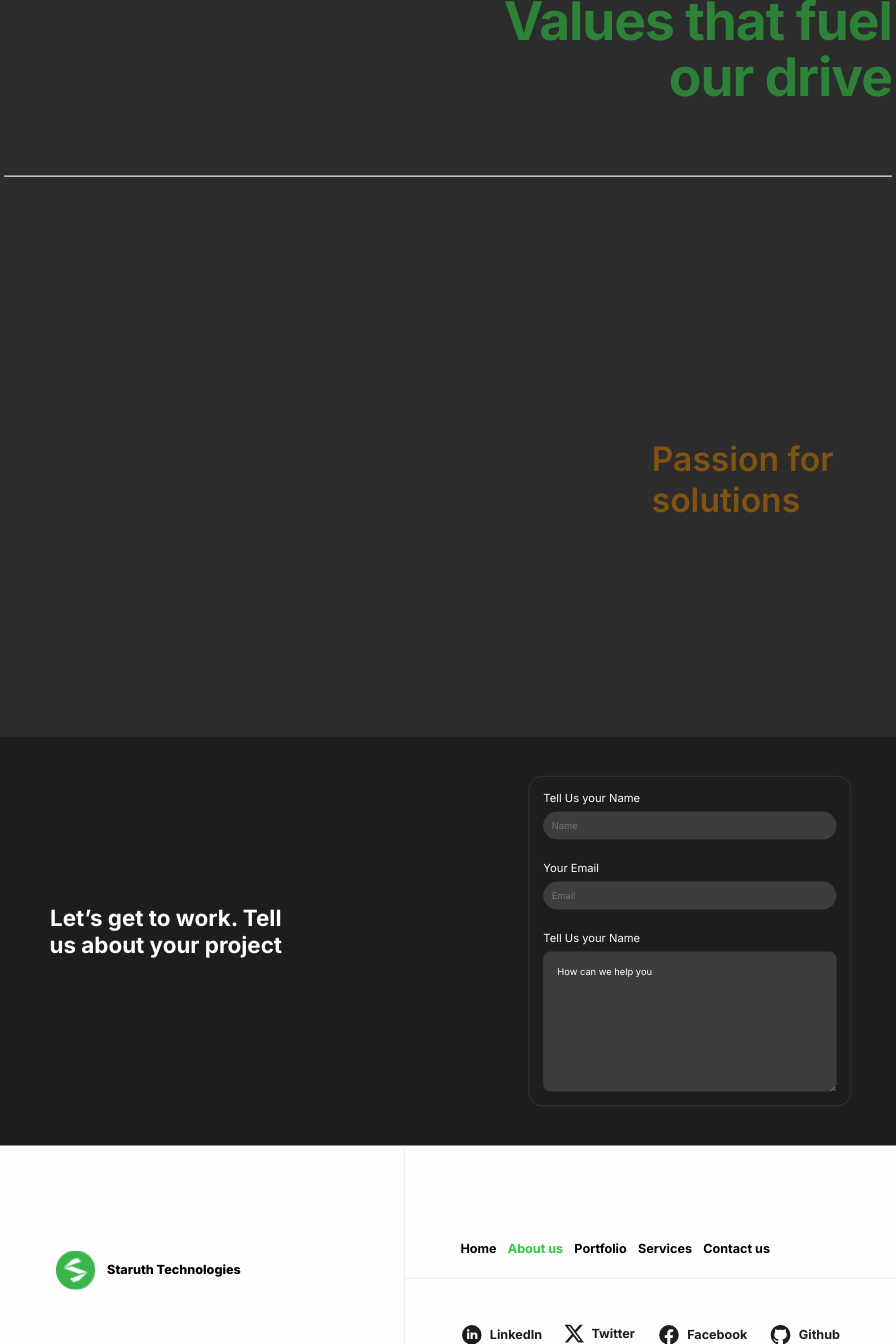
Repository: staruth0/staruth-website
Page: /about (app in frontend/)
These files come from the project's save history. The page is drawn as it stood at one moment and after the next save; the edit follows.
The browser window is 1280 px wide. The pictures show the part of the page from y = 2359 to 4279 px (the page is 4367 px tall before and 4331 px after), at 70% of full size.
The project was rebuilt for these pictures with package versions that can differ from the ones it lists, and the page was loaded fresh each time. Also part of the build but not shown: frontend/vite.config.js, frontend/src/commons/button.css, frontend/src/commons/Button.jsx, frontend/src/pages/home/components/hero_section/hero.jsx, frontend/src/pages/home/components/about_section/about.jsx, frontend/src/pages/home/components/what_we_do/HomeServiceCard.jsx, frontend/src/pages/home/components/what_we_do/what.jsx, frontend/src/pages/home/components/slidable_section/slidable.css and 25 more.

Above is the page before, as saved 2024-09-23 14:59:57.

### frontend/src/App.jsx
import {
  createBrowserRouter,
  createRoutesFromElements,
  Route,
  RouterProvider,
} from 'react-router-dom';

//Pages
import HomePage from './pages/home';
import AboutPage from './pages/about';
import ServicesPage from './pages/services';
import ContactPage from './pages/contact_us/contact';
import TeamPage from './pages/teamOnClick';
import PortfolioPage from './pages/portfolio';

//Stylesheet
import './App.css';
import RootLayout from './layout/RootLayout';

function App() {
  const router = createBrowserRouter(
    createRoutesFromElements(
      <>
        <Route path="/" element={<RootLayout />}>
          <Route te index element={<HomePage />} />
          <Route path="about" element={<AboutPage />} />
          <Route path="about/team/:id" element={<TeamPage />} />
          <Route path="contact" element={<ContactPage />} />
          <Route path="portfolio" element={<PortfolioPage />} />
          <Route path="services" element={<ServicesPage />} />
        </Route>
      </>
    )
  );

  return (
    <div className="main-body">
      <RouterProvider router={router} />
    </div>
  );
}

export default App;

### frontend/src/pages/about/index.jsx
import React from 'react';
import AboutHeroComponent from './components/hero_section/hero';
import MeetTeamComponent from './components/meet_team/meet_team';
import AboutSlidableSection from './components/slidable_section/slidable';
import './about.css';

const AboutPage = () => {
  return (
    <div className="about-page">
      <AboutHeroComponent />
      <MeetTeamComponent />
      <AboutSlidableSection />
    </div>
  );
};

export default AboutPage;

### frontend/src/App.css
@import url('https://fonts.googleapis.com/css2?family=Inter:ital,opsz,wght@0,14..32,100..900;1,14..32,100..900&display=swap');

:root {
  --primary-orange: #fbb03b;
  --on-orange: #80530e;
  --orange-light: #f5c477;
  --primary-green: #26ce3d;
  --sf-green: #2c8338;
  --sf-green-light: #24c23a;
  --green-fade: #c3fbcb;
  --primary-white: #fefefe;
  --on-white: #f4f4f4;
  --strokecolor-white: #e7e7e7;
  --on-white-light: #fdfdfd;
  --white-fade: #ececec;
  --primary-black: #1d1d1d;
  --on-black: #232323;
  --strokecolor-black: #3d3d3d;
  --black-fade: #7e7e7e;
  --sf-on-pm-black: #2c2c2c;
  --feedback-red: #f54a4a;

  --font-family: 'Inter', sans-serif;

  --border-radius-16: 16px;
  --border-radius-24: 24px;
  --border-radius-30: 30px;
  --border-radius-32: 32px;
  --border-radius-40: 40px;
}

* {
  scroll-behavior: smooth;
  box-sizing: border-box;
  font-family: var(--font-family);
  transition: 0.3s ease-in-out;
  text-decoration: none;
  list-style: none;
}

body,
html {
  padding: 0;
  margin: 0;
  background-color: var(--primary-black);
}

::-webkit-scrollbar {
  width: 8px;
  background-color: var(--strokecolor-black);
}

::-webkit-scrollbar-thumb {
  background-color: var(--strokecolor-white);
  border-radius: 5px;
}

.container {
  padding: 56px 5%;
  margin: 0 auto;
  max-width: 1440px;
}

.main-body {
  position: relative;
}

button {
  outline: transparent;
  cursor: pointer;
}

ul {
  padding: 0;
}

### frontend/src/layout/RootLayout.jsx
import FooterComponent from './footer/footer';
import NavbarComponent from './navbar/navbar';
import { Outlet } from 'react-router-dom';
import ScrollToTop from './scrollToTop';
import { useState } from 'react';
import Contact from './contact';

const RootLayout = () => {
  const [whiteNavbar, setNavbarWhite] = useState(false);
  return (
    <>
      <ScrollToTop />
      <NavbarComponent whiteNavbar={whiteNavbar} />
      <Outlet />
      <Contact />
      <FooterComponent />
    </>
  );
};

export default RootLayout;

### frontend/src/pages/about/components/hero_section/hero.jsx
import React from "react";
import "./hero.css";

const AboutHeroComponent = () => {
  return (
    <div className="about-hero-section">
      <div className="about-hero-section-contentOne">
        <h1>
          At Staruth, we join forces with start-ups, <br /> brands, businesses
          and founders to build <br /> tech products and systems that help them{" "}
          <br /> break out in the digital space
        </h1>
      </div>
      <div className="about-hero-section-contentTwo">
        <div>
        <h1>Our Vision</h1>
        <p>
          Lorem ipsum dolor sit amet consectetur. Quis orci ses neque rhoncus.
          Integer commodo Lorem ipsum dolor sit amet consepsum dolor sit amet
          consectetur. Quis orci sed fesi egestas neque rhoncus. Integer commodo
          Lorem ipsum dolor sit amet consectetur.
        </p>
        </div>
      </div>
      <div className="about-hero-section-contentThree">
        <h1>
          From strategic design to web and mobile apps and all things software,
          we can help you
        </h1>
      </div>
    </div>
  );
};

export default AboutHeroComponent;

### frontend/src/pages/about/components/meet_team/meet_team.jsx
import React from "react";
import "./meet_team.css";
import ProfileCard from "./profile_card/pf_card";

const MeetTeamComponent = () => {
  return (
    <div className="about-meet-team-section">
      <div className="about-meet-team-section-content">
        <div className="about-meet-team-section-content-heading">
          <h1>Meet the Team</h1>
        </div>
        <div className="about-meet-team-section-content-description">
          <p>
            We are a team of creative and dedicated young people passionate
            about seeing things work in our hands. We each share a devotion to
            helping budding businesses thrive with the application of modern
            soft tech
          </p>
        </div>
        <div className="about-meet-team-section-content-membersInfo">
          <ProfileCard/>

        </div>
      </div>
    </div>
  );
};

export default MeetTeamComponent;

### frontend/src/pages/about/components/slidable_section/slidable.jsx
import React from "react";
import "./slidable.css";

const AboutSlidableSection = () => {
  return (
    <div className="about-slidable-section">
      <div className="about-slidable-section-underlinedHeading">
        <p>
          Values that fuel <br /> our drive
        </p>
        <hr className="about-slidable-section-underline" />
      </div>
      <div className="about-slidable-section-ValueSlide">
        <div className="about-slidable-section-ValueCardSlide">
            <div className="about-slidable-section-ValueCardSlide1-ValueContent">
              <p>
                Passion for <br /> solutions
              </p>
            </div>
          </div>

        </div>
    </div>
  );
};

export default AboutSlidableSection;

### frontend/src/layout/contact/index.jsx
import './contact.css'


const Contact = () => {
  return (
    <div   className="container contact-form">
           <h1>Let’s get to work.
           Tell us about your project
           </h1>

           <form action="" className="form">
            <div>
                <label htmlFor="name">Tell Us your Name</label>
                <input type="text" placeholder="Name" />
            </div>

            <div>
                <label htmlFor="email">Your Email</label>
                <input type="text" placeholder="Email" />
            </div>

            <div>
                <label htmlFor="name">Tell Us your Name</label>
                <textarea name="request" id="">How can we help you</textarea>
            </div>
           </form>
    </div>
  );
};

export default Contact;

### frontend/src/layout/navbar/navbar.jsx
import React, { useState, useEffect } from 'react';
import { Link, useLocation } from 'react-router-dom';
import logo from '../../assets/icons/logoPNG 1.svg';
import './navbar.css';

const NavbarComponent = ({ whiteNavbar }) => {
  const currentUrl = useLocation();

  return (
    <nav className={`navbar-component ${whiteNavbar && 'white-navbar'}`}>
      <div className="navbar-component-logo-label">
        <img src={logo} alt="logo" />
        <span>Staruth tech</span>
      </div>

      {/* desktop nav */}
      <div className="navabar-component-navlinks-container">
        <ul className="navbar-component-navlinks">
          <li>
            <Link
              to={'/'}
              className={currentUrl.pathname == '/' ? 'active-navbar-link' : ''}
            >
              Home
            </Link>
          </li>
          <li>
            <Link
              to={'/about'}
              className={
                currentUrl.pathname.includes('/about')
                  ? 'active-navbar-link'
                  : ''
              }
            >
              About us
            </Link>
          </li>
          <li>
            <Link
              to={'/portfolio'}
              className={
                currentUrl.pathname.includes('/portfolio')
                  ? 'active-navbar-link'
                  : ''
              }
            >
              Portfolio
            </Link>
          </li>
          <li>
            <Link
              to={'/services'}
              className={
                currentUrl.pathname.includes('/services')
                  ? 'active-navbar-link'
                  : ''
              }
            >
              Services
            </Link>
          </li>
        </ul>
        <div className="navbar-component-request-service">
          <Link className="navbar-component-request-service-link" to="/contact">
            Request service
          </Link>
        </div>
      </div>

      {/* mobile nav */}
      <div className="navbar-component-navlinks-container-mobile">
        <button className="menu-btn">
          <span></span>
          <span></span>
          <span></span>
        </button>

        <div className="menu-items-mobile">
          <span>Home</span>
          <span>About</span>
          <span>Portfolio</span>
          <span>Services</span>
          <span>Contact</span>
        </div>
      </div>
    </nav>
  );
};

export default NavbarComponent;

### frontend/src/pages/home/components/hero_section/hero.css
@import url('https://fonts.googleapis.com/css2?family=Material+Symbols+Outlined:opsz,wght,FILL,GRAD@20..48,100..700,0..1,-50..200');
.material-symbols-outlined {
  font-variation-settings: 'FILL' 0, 'wght' 400, 'GRAD' 0, 'opsz' 24;
}

.home-hero-section {
  display: flex;
  align-items: center;
  justify-content: center;
  background: var(--black-primary-black, #1d1d1d);
}

.home-hero-section-container {
  display: grid;
  grid-template-columns: 1fr 1fr;
  justify-content: center;
  align-self: stretch;
  align-items: center;
  gap: 4rem;
}

.home-hero-section-container-text-n-btns {
  display: flex;
  flex-direction: column;
  align-items: flex-start;
  gap: 3rem;
}

.home-hero-section-container-text-n-btns > h1,
.home-hero-section-container-text-n-btns > p {
  margin: 0;
}

.display-lg {
  color: var(--primary-white);
  font-size: 76px;
  font-style: normal;
  font-weight: 700;
  line-height: 80px; /* 105.263% */
  letter-spacing: -1.52px;
}

.body-lg {
  color: var(--primary-white);
  font-family: var(--font-family);
  font-size: 18px;
  font-style: normal;
  font-weight: 300;
  line-height: normal;
}

.body-lg-heavy {
  color: var(--primary-white);
  font-family: var(--font-family);
  font-size: 18px;
  font-style: normal;
  font-weight: 900;
  line-height: normal;
}

.home-hero-section-container-btn-grp {
  display: flex;
  align-items: center;
  gap: 48px;
}

.underline-link {
  background: none;
  border: none;
  display: flex;
  align-items: center;
  gap: 10px;
}

.abs {
  position: absolute;
}

.home-hero-section-container-clients {
  background: transparent;
  right: 38vw;
  transform: translateY(100px);
}

.home-hero-section-container-rating {
  right: 5vw;
  transform: translateY(-200px);
  background: transparent;
}

.home-hero-section-container-heroimg > img {
  width: 100%;
}

/* media queries */
@media (max-width: 988px) {
  .home-hero-section-container {
    grid-template-columns: 1fr;
  }
}

@media (max-width: 400px) {
  .home-hero-section-container-btn-grp {
    flex-direction: column;
  }
}

### frontend/src/pages/home/components/about_section/about.css
@import url('https://fonts.googleapis.com/css2?family=Material+Symbols+Outlined:opsz,wght,FILL,GRAD@20..48,100..700,0..1,-50..200');
.material-symbols-outlined {
  font-variation-settings: 'FILL' 0, 'wght' 400, 'GRAD' 0, 'opsz' 24;
}
.home-about-section-container * {
  margin: 0;
  padding: 0;
  color: var(--primary-black);
}

.home-about-section-container {
  display: flex;
  gap: 80px;
  flex-direction: column;
  background: var(--primary-white);
}

.home-about-section-container-heading-underline {
  display: flex;
  justify-content: end;
  height: fit-content;
  border-bottom: 2px solid var(--white-fade);
}

.home-about-section-container-heading-underline h1 {
  max-width: 400px;
  text-align: right;
  color: var(--primary-black);
  padding-bottom: 16px;
}

.home-about-section-container-about-box {
  display: grid;
  grid-template-columns: 1.25fr 0.75fr;
  align-items: center;
  justify-content: space-between;
  gap: 3rem;
}

.home-about-section-container-about-box-text {
  display: flex;
  flex-direction: column;
  gap: 24px;
}

.home-about-section-container-about-box-text h3 {
  font-size: 32px;
}

.home-about-section-container-about-box-pattern img {
  max-width: 100%;
}

@media (max-width: 1000px) {
  .home-about-section-container-about-box {
    grid-template-columns: 1.35fr 0.65fr;
    gap: 1rem;
  }
}

@media (max-width: 700px) {
  .home-about-section-container-about-box {
    grid-template-columns: 1fr;
    gap: 1rem;
  }
}

### frontend/src/pages/about/components/hero_section/hero.css
.about-hero-section {
  display: flex;
  padding: 135px 80px var(--pg-pb, 88px) 80px;
  flex-direction: column;
  align-items: flex-start;
  gap: 112px;
  align-self: stretch;
  opacity: var(--sds-size-stroke-border);
  background: var(--black-primary-black, #1d1d1d);
  font-family: var(--font-family);
}

.about-hero-section-contentOne {
  display: flex;
  padding: 0px;
  align-items: flex-start;
  /* gap: 10px; */
  align-self: stretch;
}
.about-hero-section-contentOne h1 {
  color: #fff;
  font-size: 48px;
  font-style: normal;
  font-weight: 600;
  line-height: normal;
}
.about-hero-section-contentTwo {
  display: flex;
  flex-direction:column;
  justify-content: flex-end;
  align-items: flex-end;
  gap: 10px;
  width:100%;
  align-self: stretch;
}

.about-hero-section-contentTwo > div {
  display: flex;
  width:40%;
  flex-direction: column;
  align-items: flex-end;
  gap: 0px;
}

.about-hero-section-contentTwo h1 {
  display: flex;
  height: 38px;
  flex-direction: column;
  justify-content: center;
  align-self: stretch;
  color: #fff;
  font-size: 32px;
  font-style: normal;
  font-weight: 700;
  line-height: normal;
  margin: 0;
}
.about-hero-section-contentTwo p {
  align-self: stretch;
  color: var(--white-primary-white, var(--primary-white, #fefefe));
  font-size: 18px;
  font-style: normal;
  font-weight: 300;
  line-height: normal;
}
.about-hero-section-contentThree {
  display: flex;
  /* padding: 30px 80px var(--pg-pb, 88px) 80px; */
  flex-direction: column;
  align-items: flex-start;
  gap: 112px;
  align-self: stretch;
}
.about-hero-section-contentThree h1 {
  width: 50%;
  color: #fff;
  font-size: 48px;
  font-style: normal;
  font-weight: 600;
  line-height: normal;
  margin: 0;
}

### frontend/src/pages/about/components/meet_team/meet_team.css
.about-meet-team-section-content {
  display: flex;
  padding: var(--pg-pt, 56px) 80px var(--pg-pb, 88px) 80px;
  flex-direction: column;
  justify-content: center;
  align-items: flex-start;
  opacity: var(--sds-size-stroke-border);
  background: var(--primary-white, #fefefe);
  gap: 80px;
  margin-bottom: 2px;
}
.about-meet-team-section-content-heading {
  display: flex;
  width: 100%;
  flex-direction: column;
  align-items: flex-end;
  gap: 18px;
  border-bottom:1px solid var(--primary-black);
  opacity: var(--sds-size-stroke-border);
}
.about-meet-team-section-content-heading h1 {
  color: var(--black-primary-black, #1d1d1d);
  text-align: right;
  font-family: Inter;
  font-size: 76px;
  font-style: normal;
  font-weight: 700;
  line-height: 80px;
  letter-spacing: -1.52px;
  margin: 0;
}

.about-meet-team-section-content-description {
  display: flex;
  align-items: center;
  gap: 10px;
  align-self: stretch;

  opacity: var(--sds-size-stroke-border);
}
.about-meet-team-section-content-description p {
  width: 40%;

  color: var(--black-primary-black, #1d1d1d);

  /* body/body lg (desktop)/body lg bold */
  font-family: Inter;
  font-size: 18px;
  font-style: normal;
  font-weight: 600;
  line-height: normal;

  opacity: var(--sds-size-stroke-border);
}
.about-meet-team-section-content-membersInfo {
  display: flex;
  align-items:center;
  justify-content:flex-start;
  flex-wrap:wrap;
  gap: var(--pg-pt, 56px) 16px;
  align-self: stretch;
  flex-wrap: wrap;
  opacity: var(--sds-size-stroke-border);
}

### frontend/src/pages/about/components/meet_team/profile_card/pf_card.jsx
import React from "react";
import { Link } from "react-router-dom";
import linkedin from "../../../../../assets/icons/linkedin.svg";
import github from "../../../../../assets/icons/github.svg";
import aboutMeetTeamSectionImage1 from "../../../../../assets/images/aboutMeetTeamSectionImage1.jpeg";
import "./pf_card.css";
// function Card({ data }) {
//   return (
//     <div className="pf_card">
//       <h2>{data.pf_name}</h2>
//       <p>{data.pf_role}</p>
//       <img src={data.pf_image} alt={data.pf_name} />
//     </div>
//   );
// }
const ProfileCard = () => {
  return (
        <div className="about-meet-team-section-content-membersProfile">
        <Link to={"/about/team"}>
          <img
            src={aboutMeetTeamSectionImage1}
            className="about-meet-team-section-content-membersPhotoOne"
            alt="Nfor Glenn"
          />
        </Link>
        <div className="about-meet-team-section-content-membersProfileBox">
          <div className="about-meet-team-section-content-membersRole">
            <h4>Nfor Glenn</h4>
            <p>Frontend Developer</p>
          </div>
          <div className="about-meet-team-section-content-membersSocials">
            <img src={linkedin} alt="" />
            <img src={github} alt="" />
          </div>
        </div>
      </div>
  );
};
export default ProfileCard;

### frontend/src/pages/teamOnClick/components/skills/skills.css
.team-on-click-skills-container * {
    font-family: var(--font-family);
}

.team-on-click-skills-container{
    display: flex;
    justify-content: space-between;
    padding: 80px;
    color: white;
    width: 100%;
    gap: 10%;
}


.team-on-click-skills-container div{
    width: 30%;
}


.team-on-click-skills-container-Qualifications ul{
    display: flex;
    flex-direction: column;
    list-style: none;
    gap: 15px;
}

/*font size styles*/
h1{
    font-size: 32px;
    margin-bottom: 50px;
}

span{
 font-size: 18px;
 font-weight: 900;
}

p, li{
    font-size: 18px;
}

### frontend/src/layout/contact/contact.css
.contact-form{
    color: #fff;
    display: flex;
    justify-content: space-between;
    align-items: center;
}


.contact-form h1{
    width: 30%;
    text-align: center;
}

.contact-form .form{
 display: flex;
 flex-direction: column;
 gap: 30px;
 width: 40%;
 padding: 20px;
 border: 1px solid  var( --strokecolor-black);
 border-radius: 20px;
}

.contact-form .form div{
    display: flex;
    flex-direction: column;
    gap: 10px;
}

.contact-form .form div input{
    width: 100%;
    background-color: var(--strokecolor-black);
    padding: 12px;
    outline: none;
    border: transparent;
    border-radius: 20px;
}


.contact-form .form div textarea{
    min-height: 200px;
    border-radius: 10px;
    padding: 20px;
    background-color: var(--strokecolor-black);
    color: inherit;
    border: transparent;
}

### frontend/src/pages/about/components/meet_team/profile_card/pf_card.css
  .about-meet-team-section-content-membersProfile {
    display: flex;
    flex-direction: column;
    align-items: flex-start;
    gap:10px;
    opacity: 0.8;
  }
  .about-meet-team-section-content-membersPhotoOne {
    width: 280px;
    height: 370px;
    border-radius: var(--bd-radius-8, 8px);
    opacity: var(--sds-size-stroke-border);
    object-fit: cover;
    filter:grayscale(100%);
  }
  .about-meet-team-section-content-membersProfileBox {
    display: flex;
    justify-content: space-between;
    align-items: center;
    align-self: stretch;
    opacity: var(--sds-size-stroke-border);

  }
  .about-meet-team-section-content-membersRole {
    display: flex;
    flex-direction: column;
    align-items: flex-start;
    gap: 2px;
    opacity: var(--sds-size-stroke-border);
  }
  .about-meet-team-section-content-membersRole h4 {
    align-self: stretch;
    color: var(--black-primary-black, #1d1d1d);
    /* body/body lg (desktop)/body lg heavy */
    font-family: Inter;
    font-size: 18px;
    font-style: normal;
    font-weight: 900;
    margin:0;
    line-height: normal;

    opacity: var(--sds-size-stroke-border);
  }
  .about-meet-team-section-content-membersRole p {
    align-self: stretch;
    margin:0;
    color: var(--black-primary-black, #1d1d1d);

    /* Others/label */
    font-family: Inter;
    font-size: 12px;
    font-style: normal;
    font-weight: 400;
    line-height: normal;

    opacity: var(--sds-size-stroke-border);
  }
  .about-meet-team-section-content-membersSocials {
    display: flex;
    justify-content: flex-end;
    align-items: center;
    gap: var(--sds-size-space-400);
    opacity: 0.2;
  }

Loaded but not shown: frontend/index.html (common file); frontend/src/main.jsx (common file); frontend/src/layout/scrollToTop.jsx (common file); frontend/src/pages/about/components/slidable_section/slidable.css (264 lines, source omitted); frontend/src/layout/footer/footer.css (204 lines, source omitted); frontend/src/layout/navbar/navbar.css (188 lines, source omitted); frontend/src/layout/footer/footer.jsx (121 lines, source omitted); frontend/src/pages/home/components/what_we_do/what.css (93 lines, source omitted); frontend/src/pages/about/about.css (no stored copy; drawn as an empty file); frontend/src/pages/contact_us/contact.css (no stored copy; drawn as an empty file); frontend/src/pages/services/services.css (no stored copy; drawn as an empty file); frontend/src/pages/teamOnClick/team.css (no stored copy; drawn as an empty file)

After the next save:
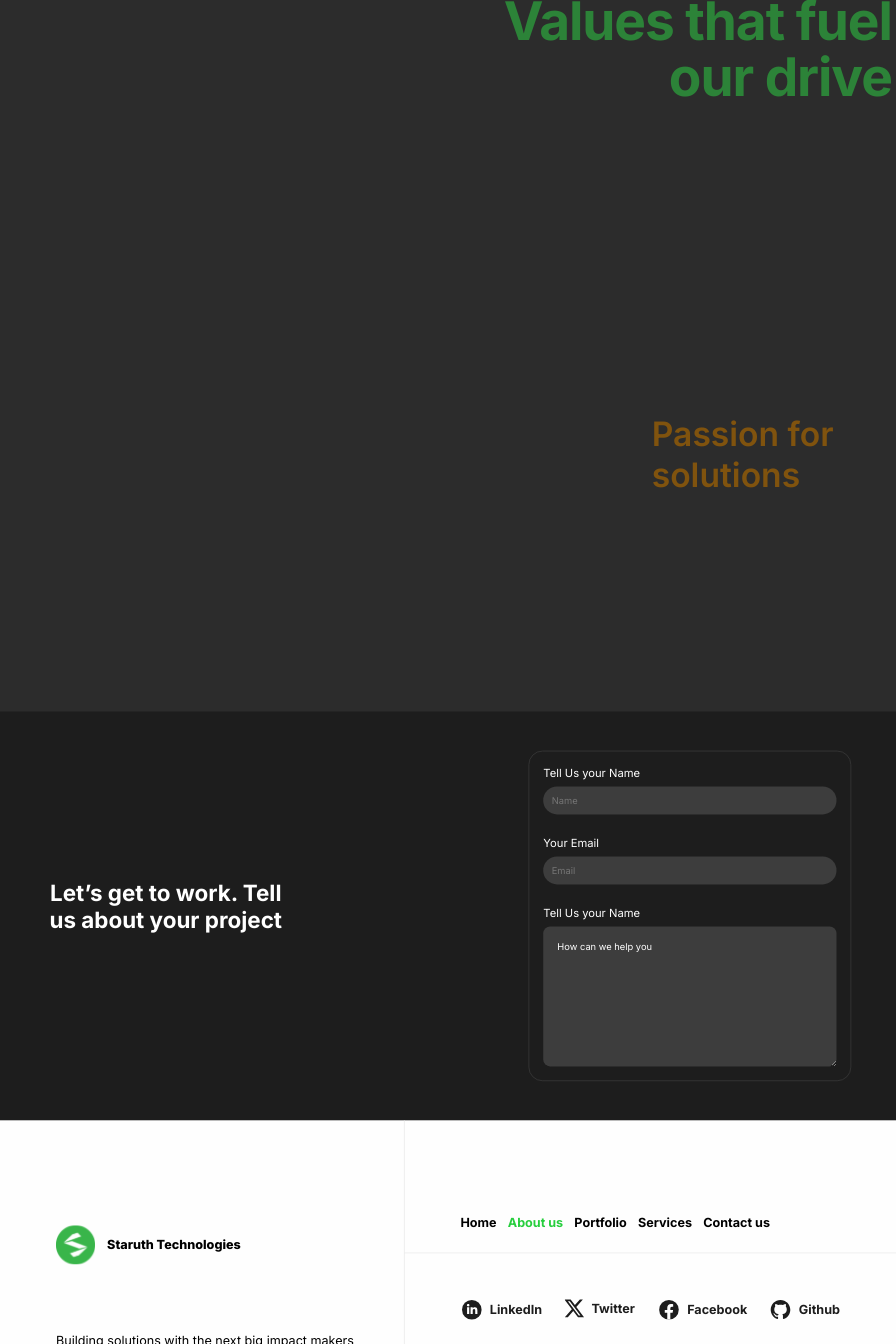
Saved 7 s later.
--- a/frontend/src/pages/about/components/slidable_section/slidable.jsx
+++ b/frontend/src/pages/about/components/slidable_section/slidable.jsx
@@ -8,7 +8,6 @@
         <p>
           Values that fuel <br /> our drive
         </p>
-        <hr className="about-slidable-section-underline" />
       </div>
       <div className="about-slidable-section-ValueSlide">
         <div className="about-slidable-section-ValueCardSlide">
